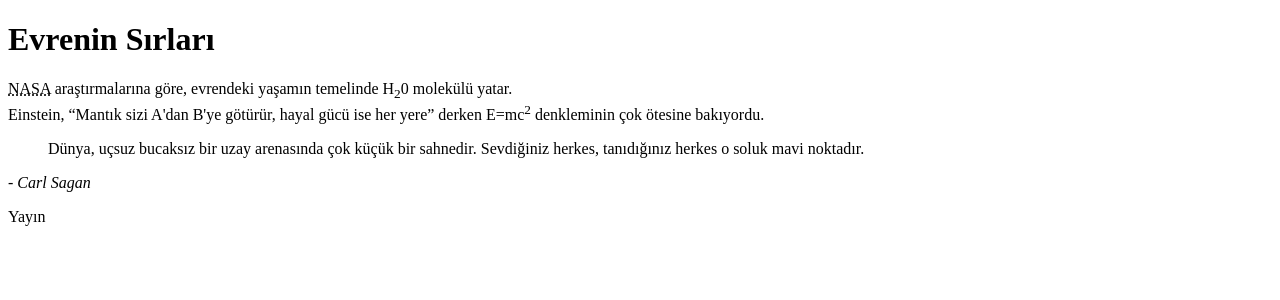
Repository: BeritanBlgn/web-yazilim-muhendisligi
Page: Modul_1/Ders_3/1.3.6_gorev1.html
The author's editor kept a copy of each file at every save. The page is drawn from the files as they stood at one save, then again after the next save.
The browser window is 1280 px wide. The pictures show the whole page.

Above is the page before, as saved 2026-10-09 22:27:10.

After the next save:
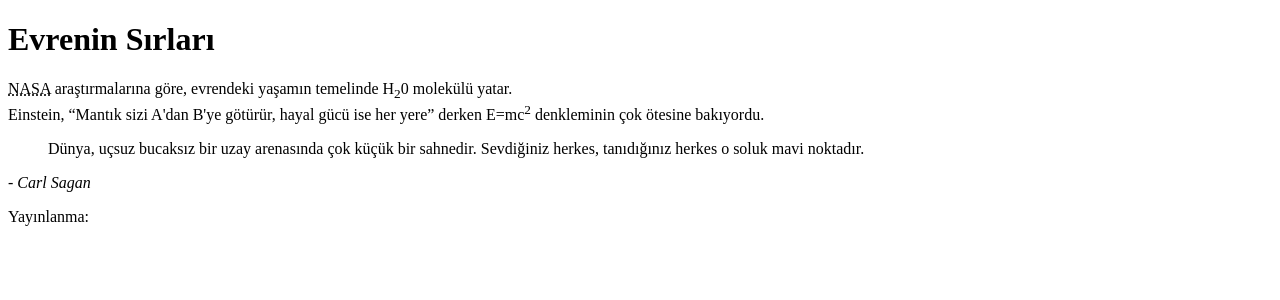
Saved 4 s later.
--- a/Modul_1/Ders_3/1.3.6_gorev1.html
+++ b/Modul_1/Ders_3/1.3.6_gorev1.html
@@ -24,7 +24,8 @@
         <cite>Carl Sagan</cite>
     </p>
     <p>
-        Yayın
+        Yayınlanma:
+
     </p>
 </body>
 </html>
